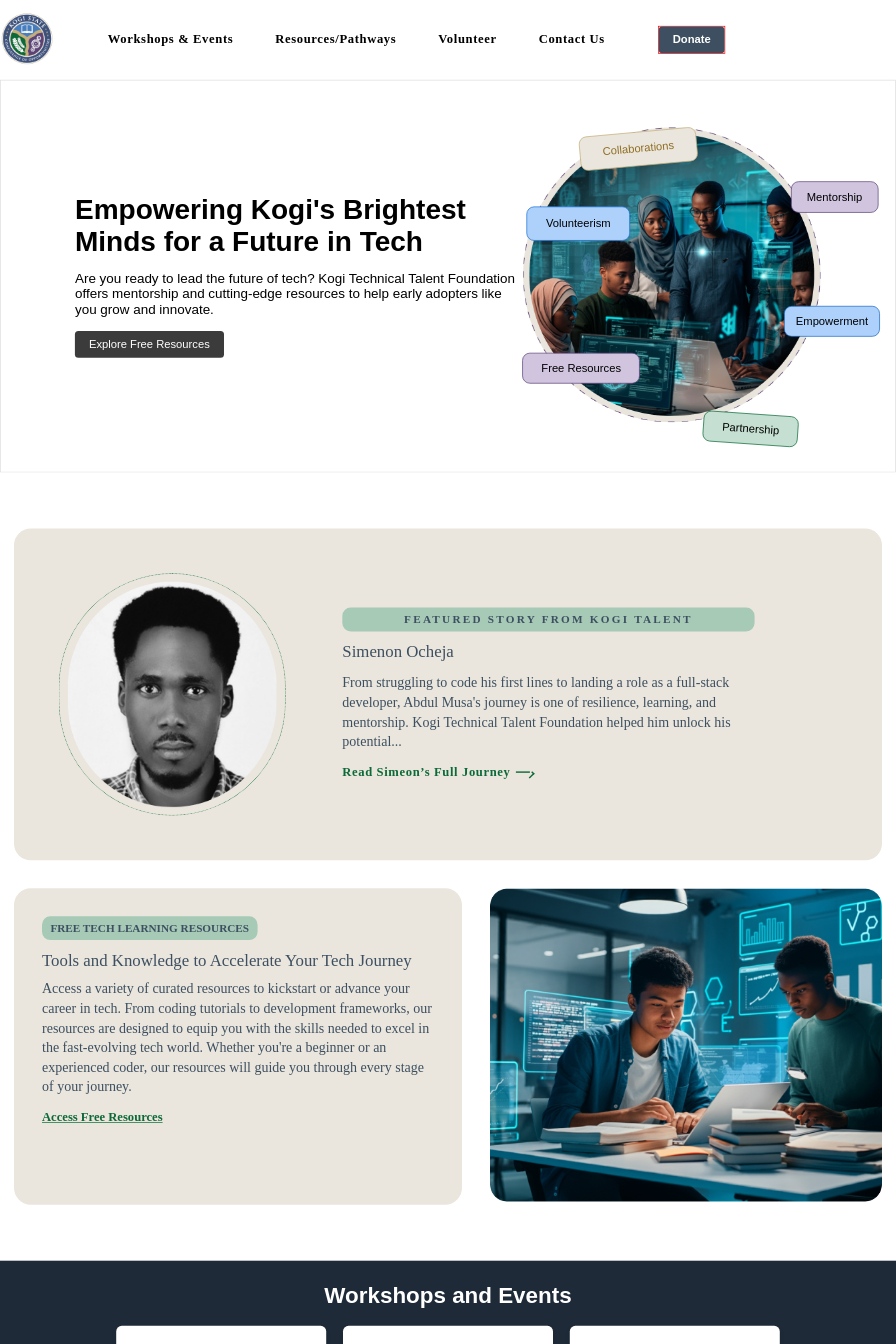
Repository: Cryptim/3MTT-Kogi-Foundation
Page: index.html
An editor plug-in stored every save of this project. The page is shown before and after the next save, followed by the edit.
The browser window is 1280 px wide. The pictures show the part of the page from y = 0 to 1920 px (the page is 3494 px tall before and 2767 px after), at 70% of full size.

Above is the page before, as saved 2024-11-04 03:09:17.

### index.html
<!DOCTYPE html>
<html lang="en">
  <head>
    <meta charset="UTF-8" />
    <meta name="viewport" content="width=device-width, initial-scale=1.0" />
    <title>Three Million Technical Talent Foundation</title>
    <link rel="stylesheet" href="stlyes/style.css" />
  </head>
  <body>
    <header class="header">
      <div class="logo">
        <img src="assets/images/logo.png" alt="Foundation Logo" />
      </div>
      <nav class="nav">
        <a href="#">Workshops & Events</a>
        <a href="#">Resources/Pathways</a>
        <a href="#">Volunteer</a>
        <a href="#">Contact Us</a>
      </nav>
      <div class="donate-button">
        <button>Donate</button>
      </div>
    </header>
    <div class="hero-section">
      <div class="text-container">
        <h1>Empowering Kogi's Brightest Minds for a Future in Tech</h1>
        <p>
          Are you ready to lead the future of tech? Kogi Technical Talent
          Foundation offers mentorship and cutting-edge resources to help early
          adopters like you grow and innovate.
        </p>
        <button>Explore Free Resources</button>
      </div>
      <div class="image-container">
        <img
          src="assets/images/Frame 5.png"
          alt="Team working with technology"
        />
        <div class="tag tag-collaborations">Collaborations</div>
        <div class="tag tag-volunteerism">Volunteerism</div>
        <div class="tag tag-mentorship">Mentorship</div>
        <div class="tag tag-empowerment">Empowerment</div>
        <div class="tag tag-free-resources">Free Resources</div>
        <div class="tag tag-partnership">Partnership</div>
      </div>
    </div>
    <div
      style="
        display: flex;
        flex-direction: column;
        gap: 40px;
        padding: 80px 20px;
        background-color: #fff;
      "
    >
      <!-- Featured Story Section -->
      <div
        style="
          width: 100%;
          padding: 64px;
          background: #eae6dd;
          border-radius: 24px;
          display: flex;
          align-items: center;
          gap: 81px;
        "
      >
        <div
          style="
            height: 346px;
            padding: 12px;
            border-radius: 500px;
            border: 1px #0c6a38 dotted;
            display: flex;
            align-items: center;
          "
        >
          <img
            style="
              color: #3d4f60;
              font-size: 16px;
              font-family: Cascadia Code;
              font-weight: 600;
              text-transform: uppercase;
              line-height: 28px;
              letter-spacing: 3.2px;
              word-wrap: break-word;
            "
            src="assets/images/Simeon ocheja 1.png"
            alt="Simenon Ocheja"
          />
        </div>
        <div
          style="width: 589px; display: flex; flex-direction: column; gap: 16px"
        >
          <div
            style="
              padding: 8px 12px;
              background: #a7cab7;
              border-radius: 12px;
              text-align: center;
            "
          >
            <span
              style="
                color: #3d4f60;
                font-size: 16px;
                font-family: Cascadia Code;
                font-weight: 600;
                text-transform: uppercase;
                letter-spacing: 3.2px;
              "
              >Featured Story from Kogi talent</span
            >
          </div>
          <h2
            style="
              color: #3d4f60;
              font-size: 24px;
              font-family: Cascadia Code;
              font-weight: 400;
            "
          >
            Simenon Ocheja
          </h2>
          <p
            style="
              width: 100%;
              color: #3d4f60;
              font-size: 20px;
              font-family: Cascadia Code;
              font-weight: 300;
              line-height: 28px;
              word-wrap: break-word;
            "
          >
            From struggling to code his first lines to landing a role as a
            full-stack developer, Abdul Musa's journey is one of resilience,
            learning, and mentorship. Kogi Technical Talent Foundation helped
            him unlock his potential...
          </p>
          <div style="display: flex; align-items: center; gap: 8px">
            <span
              style="
                color: #0c6a38;
                font-size: 18px;
                font-family: Cascadia Code;
                font-weight: 700;
                line-height: 27.2px;
                letter-spacing: 0.9px;
                word-wrap: break-word;
              "
              >Read Simeon’s Full Journey</span
            >
            <div style="width: 24px; height: 24px; position: relative">
              <div
                style="
                  width: 20px;
                  height: 0;
                  position: absolute;
                  border-top: 2.5px solid #0c6a38;
                  top: 50%;
                  left: 0;
                "
              ></div>
              <div
                style="
                  width: 5px;
                  height: 10px;
                  position: absolute;
                  border-right: 2.5px solid #0c6a38;
                  border-top: 2.5px solid #0c6a38;
                  top: 50%;
                  right: 0;
                  transform: rotate(45deg);
                "
              ></div>
            </div>
          </div>
        </div>
      </div>

      <!-- Free Tech Learning Resources Section -->
      <div style="display: flex; gap: 40px">
        <div
          style="
            flex: 1;
            padding: 40px;
            background: #eae6dd;
            border-radius: 24px;
          "
        >
          <div
            style="
              padding: 8px 12px;
              background: #a7cab7;
              border-radius: 12px;
              display: inline-block;
            "
          >
            <span
              style="
                color: #3d4f60;
                font-size: 16px;
                font-family: Cascadia Code;
                font-weight: 600;
                text-transform: uppercase;
              "
              >Free Tech Learning Resources</span
            >
          </div>
          <h3
            style="
              color: #3d4f60;
              font-size: 24px;
              font-family: Cascadia Code;
              font-weight: 400;
              margin-top: 16px;
            "
          >
            Tools and Knowledge to Accelerate Your Tech Journey
          </h3>
          <p
            style="
              color: #3d4f60;
              font-size: 20px;
              font-family: Cascadia Code;
              font-weight: 300;
              line-height: 1.4;
              margin-top: 12px;
            "
          >
            Access a variety of curated resources to kickstart or advance your
            career in tech. From coding tutorials to development frameworks, our
            resources are designed to equip you with the skills needed to excel
            in the fast-evolving tech world. Whether you're a beginner or an
            experienced coder, our resources will guide you through every stage
            of your journey.
          </p>
          <a
            href="#"
            style="
              color: #0c6a38;
              font-size: 18px;
              font-family: Cascadia Code;
              font-weight: 700;
              display: inline-block;
              margin-top: 20px;
            "
            >Access Free Resources</a
          >
        </div>
        <div style="flex: 1">
          <img
            style="width: 100%; border-radius: 24px"
            src="assets/images/Resources image 1.png"
            alt="Tech Journey"
          />
        </div>
      </div>
    </div>
    <!-- workshop section -->
    <section class="workshops-section">
      <h2>Workshops and Events</h2>
      <div class="workshops-container">
        <div class="workshop-card">
          <div class="icon">
            <img
              src="assets/images/computer-phone-sync.svg"
              alt="Digital Literacy Icon"
            />
          </div>
          <h3>Digital Literacy Essentials</h3>
          <p>
            This foundational workshop is designed to equip participants with
            the essential skills needed to navigate the digital world
            confidently.
          </p>
          <button>Start Learning</button>
        </div>
        <div class="workshop-card">
          <div class="icon">
            <img
              src="assets/images/computer-programming-01.svg"
              alt="Networking Icon"
            />
          </div>
          <h3>Tech Networking Night</h3>
          <p>
            Expand your professional network at our Tech Networking Night! Meet
            industry leaders, fellow tech enthusiasts, and potential mentors in
            an informal setting.
          </p>
          <button>Save Your Spot</button>
        </div>
        <div class="workshop-card">
          <div class="icon">
            <img
              src="assets/images/computer-video-call.svg"
              alt="Marketing Icon"
            />
          </div>
          <h3>Digital Marketing Masterclass</h3>
          <p>
            This workshop covers SEO, social media strategies, and content
            creation techniques to help participants promote their skills and
            projects online.
          </p>
          <button>Join the Masterclass</button>
        </div>
      </div>
    </section>
    <!--  Event section-->
    <section class="events-section">
      <h2>Upcoming Events</h2>
      <div class="events-container">
        <div class="event-card">
          <img
            src="assets/images/cloud-african 1.png"
            alt="Cloud Computing Workshop"
          />
          <h3>Getting Started with Cloud Computing: A Beginner's Guide</h3>
          <p>
            This introductory workshop will guide you through the fundamentals
            of cloud computing.
          </p>
          <div class="event-info">
            <span class="event-date"
              ><img
                src="assets/images/calendar-01.svg"
                alt="Calendar Icon"
                class="icon"
              />
              December 5, 2024</span
            >
            <span class="event-time"
              ><img
                src="assets/images/alarm-clock.svg"
                alt="Clock Icon"
                class="icon"
              />
              10:00 AM - 12:00 PM</span
            >
          </div>
        </div>
        <div class="event-card">
          <img
            src="assets/images/digital marketing.png"
            alt="Social Media for Entrepreneurs"
          />
          <h3>Mastering Social Media for Digital Entrepreneurs</h3>
          <p>
            Discover content creation strategies, audience engagement
            techniques, and more.
          </p>
          <div class="event-info">
            <span class="event-date"
              ><img
                src="assets/images/calendar-01.svg"
                alt="Calendar Icon"
                class="icon"
              />
              December 5, 2024</span
            >
            <span class="event-time"
              ><img
                src="assets/images/alarm-clock.svg"
                alt="Clock Icon"
                class="icon"
              />
              10:00 AM - 12:00 PM</span
            >
          </div>
        </div>
        <div class="event-card">
          <img
            src="assets/images/python.png"
            alt="Python Programming Workshop"
          />
          <h3>Intro to Python Programming: Building Your First App</h3>
          <p>
            This online workshop is perfect for beginners looking to learn
            Python programming.
          </p>
          <div class="event-info">
            <span class="event-date"
              ><img
                src="assets/images/calendar-01.svg"
                alt="Calendar Icon"
                class="icon"
              />
              December 5, 2024</span
            >
            <span class="event-time"
              ><img
                src="assets/images/alarm-clock.svg"
                alt="Clock Icon"
                class="icon"
              />
              10:00 AM - 12:00 PM</span
            >
          </div>
        </div>
      </div>
    </section>
    <!-- Mentor section -->
    <section class="mentors-section">
      <h2>Meet Our Mentors and Contributors</h2>
      <p>
        Meet Our MAt the heart of the Kogi Technical Talent Foundation is a
        dedicated team of mentors and contributors who are passionate about
        sharing their knowledge and expertise. Our mentors come from diverse
        backgrounds in technology, entrepreneurship, and innovation, providing
        invaluable guidance to help you navigate your career journey. Whether
        you're looking to enhance your coding skills, explore new fields like
        digital marketing, or get advice on launching your own tech startup, our
        mentors are here to support you.
      </p>
      <a href="#" class="explore-link">Explore Our Mentor’s Profile →</a>
      <div class="mentors-container">
        <div class="mentor-card">
          <img src="assets/images/Frame 19.png" alt="Omachoko Arome" />
          <h3>Omachoko Arome</h3>
        </div>
        <div class="mentor-card">
          <img src="assets/images/Frame 20.png" alt="Marian Musa" />
          <h3>Marian Musa</h3>
        </div>
        <div class="mentor-card">
          <img src="assets/images/Frame 21.png" alt="Ismaila Omeiza" />
          <h3>Ismaila Omeiza</h3>
        </div>
        <div class="mentor-card">
          <img src="assets/images/Frame 22.png" alt="Timothy Ignatius" />
          <h3>Timothy Ignatius</h3>
        </div>
      </div>
    </section>
  </body>
</html>

Loaded but not shown: stlyes/style.css (519 lines, source omitted)

After the next save:
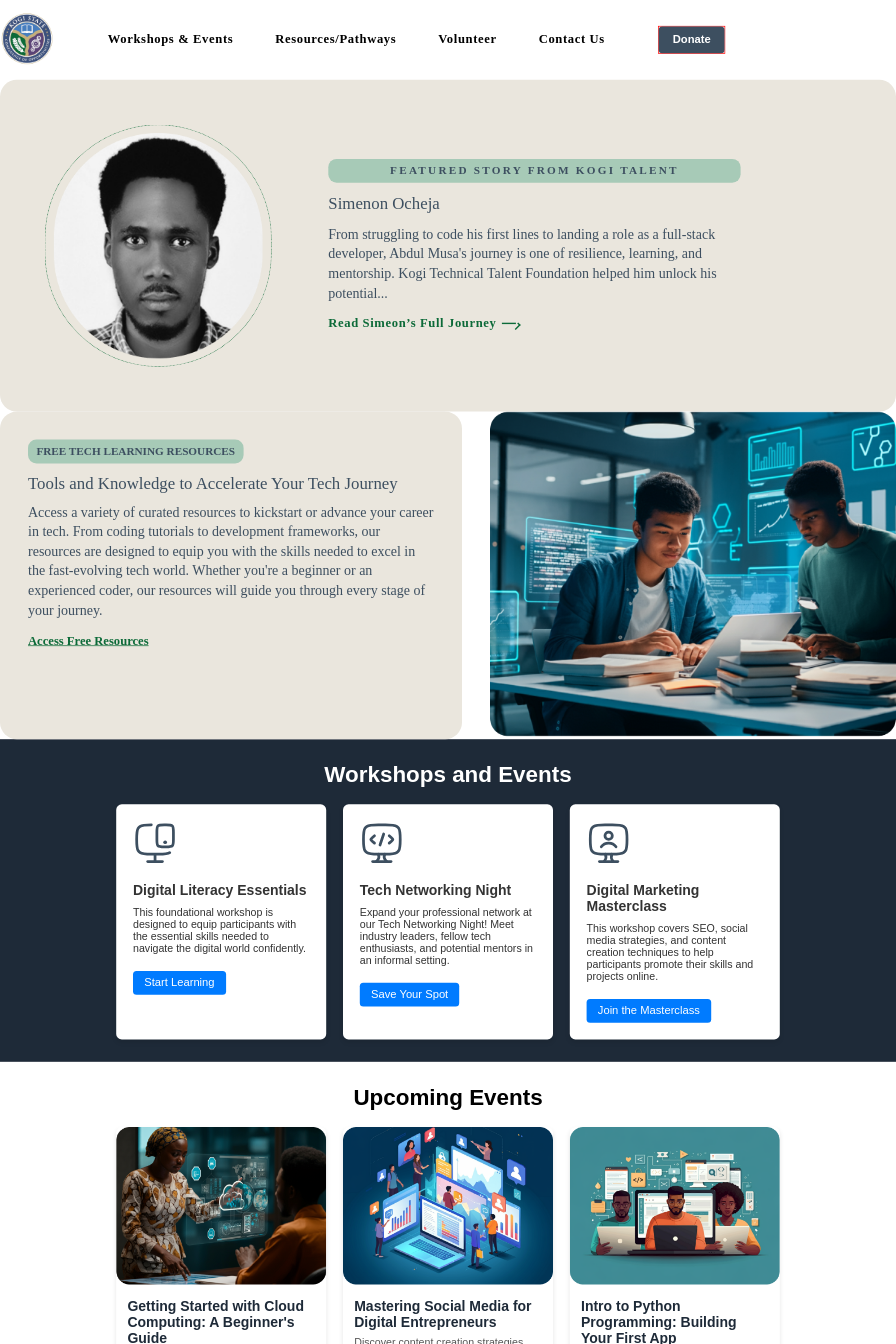
Saved 3 min 41 s later.
--- a/index.html
+++ b/index.html
@@ -21,7 +21,7 @@
         <button>Donate</button>
       </div>
     </header>
-    <div class="hero-section">
+    <!-- <div class="hero-section">
       <div class="text-container">
         <h1>Empowering Kogi's Brightest Minds for a Future in Tech</h1>
         <p>
@@ -435,6 +435,6 @@
           <h3>Timothy Ignatius</h3>
         </div>
       </div>
-    </section>
+    </section> -->
   </body>
 </html>

After the 3 saves that followed:
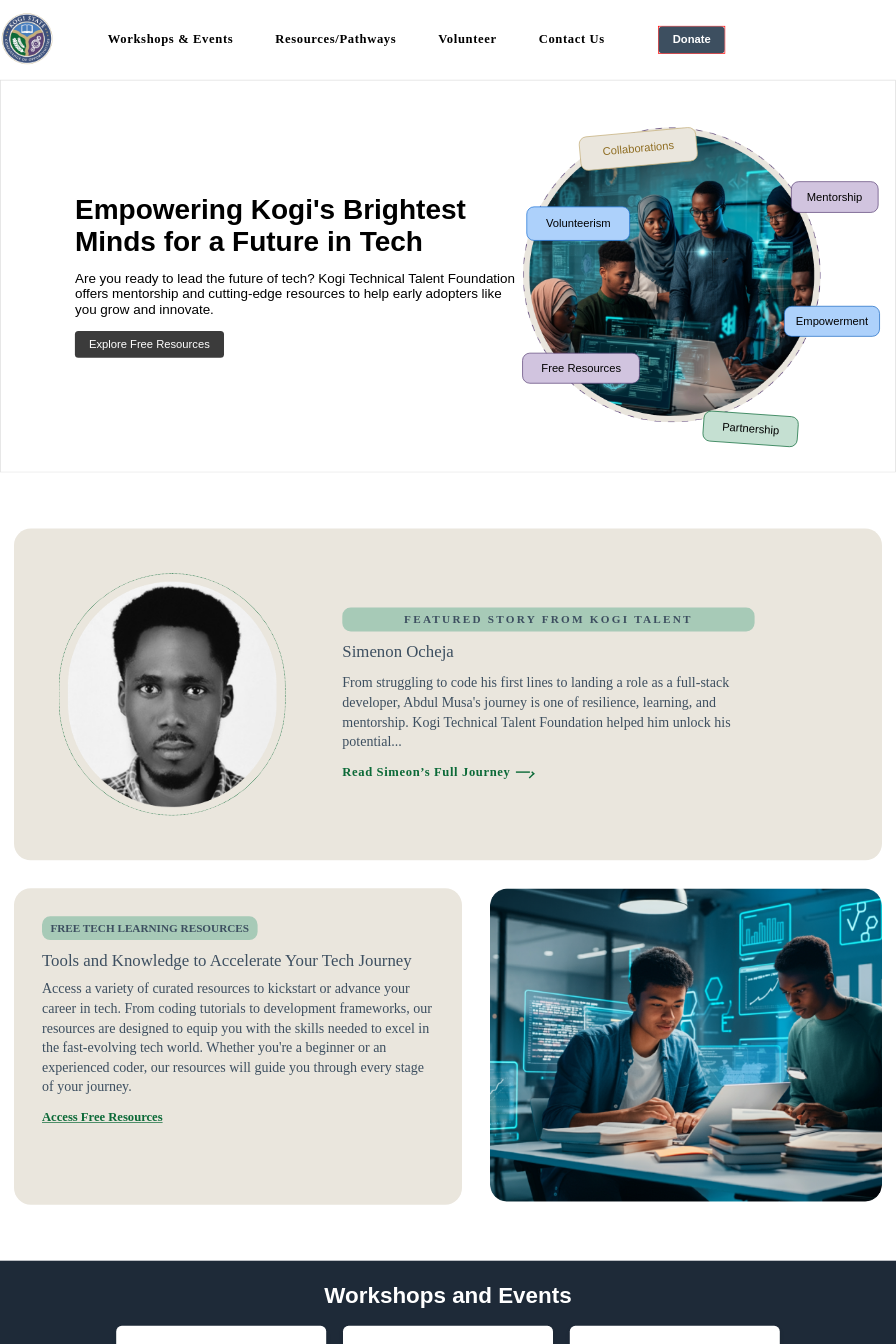
The 3 saves are shown as one change because they came seconds apart.
The last was saved 12 s later.
--- a/index.html
+++ b/index.html
@@ -21,7 +21,7 @@
         <button>Donate</button>
       </div>
     </header>
-    <!-- <div class="hero-section">
+    <div class="hero-section">
       <div class="text-container">
         <h1>Empowering Kogi's Brightest Minds for a Future in Tech</h1>
         <p>
@@ -435,6 +435,6 @@
           <h3>Timothy Ignatius</h3>
         </div>
       </div>
-    </section> -->
+    </section>
   </body>
 </html>
